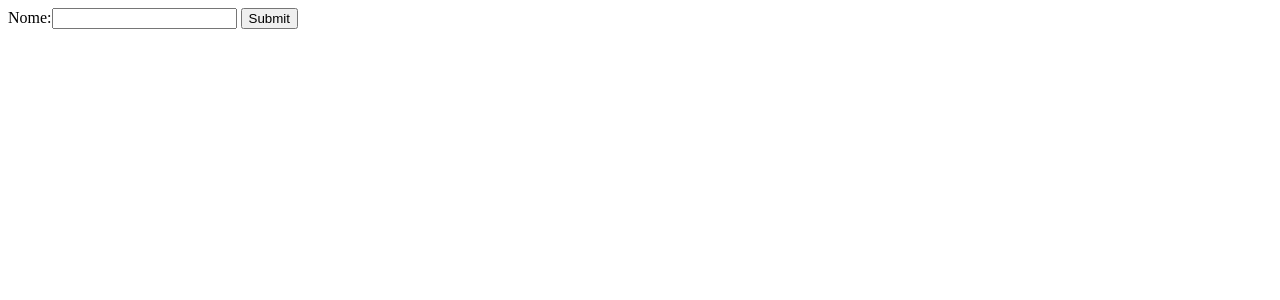
Repository: robsondmf1234/JAVA-EE
Page: gerenciador/WebContent/formNovaEmpresa.html
These files come from the project's save history. The page is drawn as it stood at one moment and after the next save; the edit follows.
The browser window is 1280 px wide. The pictures show the whole page.

Above is the page before, as saved 2019-06-09 03:12:48.

After the next save:
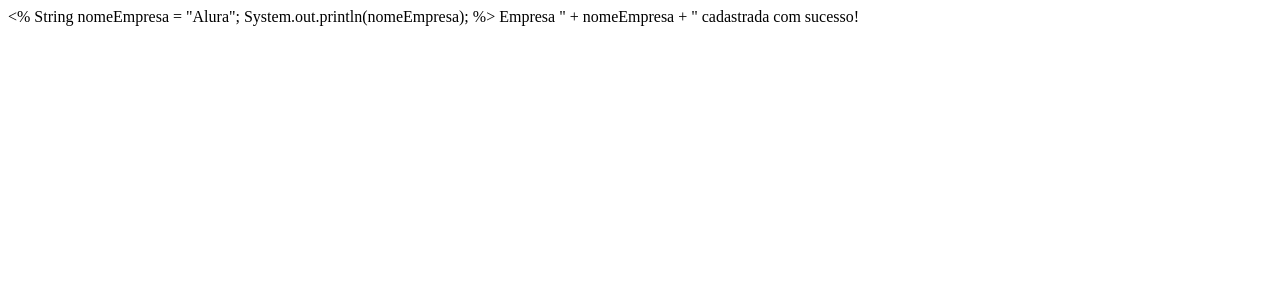
Saved 20 s later.
--- a/gerenciador/WebContent/formNovaEmpresa.html
+++ b/gerenciador/WebContent/formNovaEmpresa.html
@@ -1,9 +1,8 @@
-<html>
-<body>
+<%
+    String nomeEmpresa = "Alura";
+    System.out.println(nomeEmpresa);
+%>
 
-	<form action="/gerenciador/novaEmpresa" method="post">
-		Nome:<input name="nome" type="text"> <input type="submit">
-	</form>
-
-</body>
-</html>
+<html><body>
+Empresa " + nomeEmpresa + " cadastrada com sucesso!
+</body></html>
